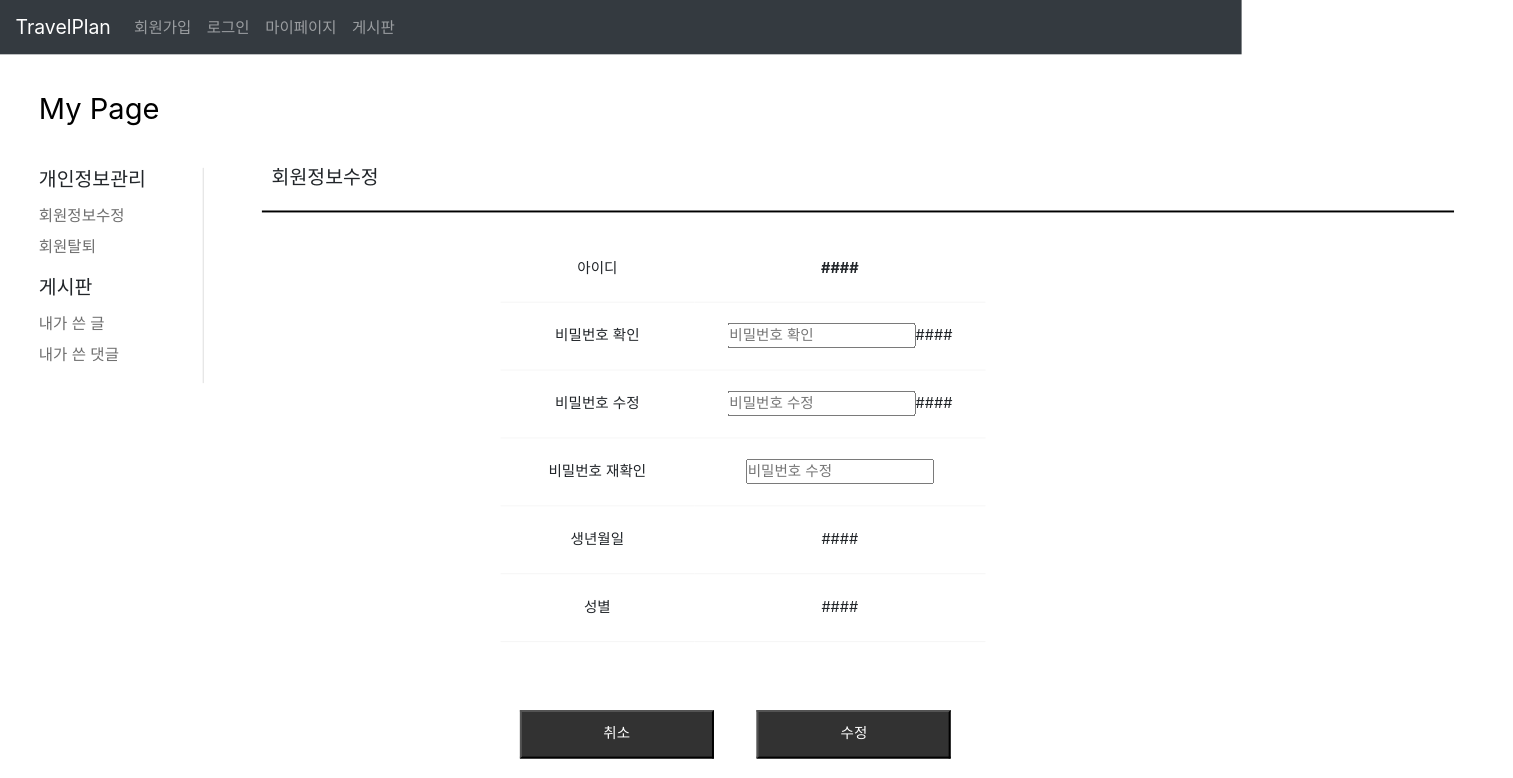
Repository: sna145815/Travel_v1
Page: http://localhost/Travel_v1/mypage
The author's editor kept a copy of each file at every save. The page is drawn from the files as they stood at one save, then again after the next save.
The browser window is 1280 px wide. The page is 1560 px wide, so the pictures cover 1560 px, including what lies to the right of the window. The pictures show the whole page, at 97% of full size.
The page is served by Tomcat 9. Queries for data that is not in the repository find no rows.

Above is the page before, as saved 2022-11-06 14:37:58.

After the next save:
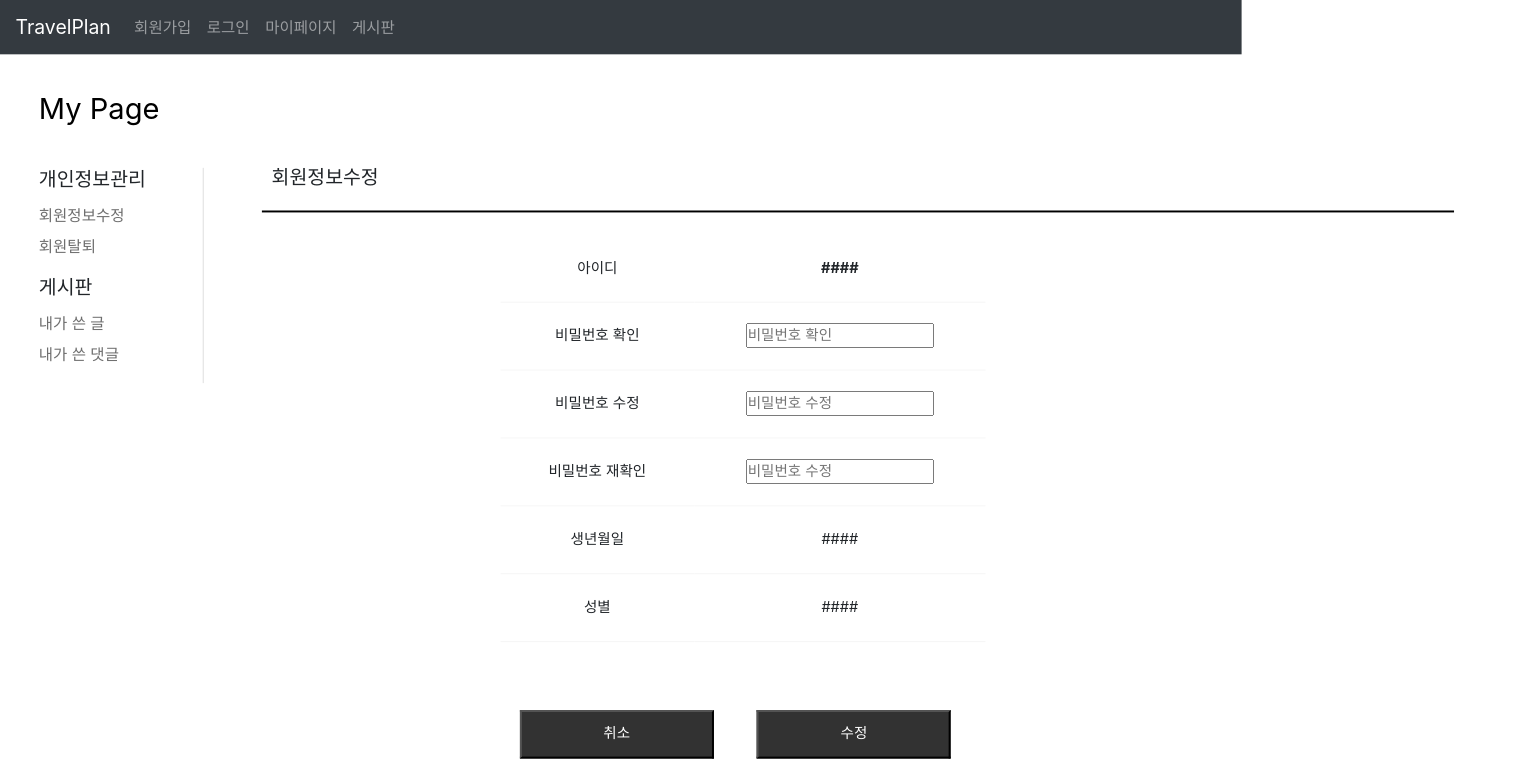
Saved 13 s later.
--- a/Travel_v1/src/main/webapp/WEB-INF/view/mypage.jsp
+++ b/Travel_v1/src/main/webapp/WEB-INF/view/mypage.jsp
@@ -150,11 +150,11 @@
 								</tr>
 								<tr>
 									<td>비밀번호 확인<td>
-									<td><input type="password" id="userPwd" placeholder="비밀번호 확인" size=15/>####</td>
+									<td><input type="password" id="userPwd" placeholder="비밀번호 확인" size=15/></td>
 								</tr>
 								<tr>
 									<td>비밀번호 수정<td>
-									<td><input type="password" id="upPwd" placeholder="비밀번호 수정" size=15/>####</td>
+									<td><input type="password" id="upPwd" placeholder="비밀번호 수정" size=15/></td>
 								</tr>
 								<tr>
 									<td>비밀번호 재확인<td>
